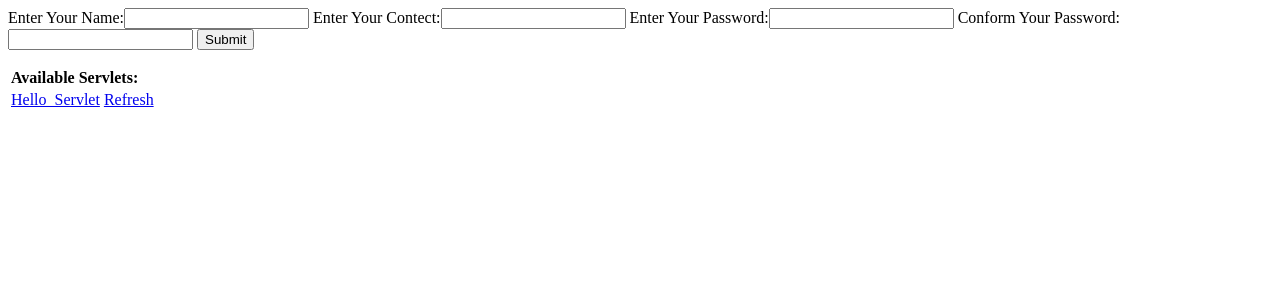
Repository: 123umakant/Home
Page: Demo/Hello_Servlet/war/index.html
An editor plug-in stored every save of this project. The page is shown before and after the next save, followed by the edit.
The browser window is 1280 px wide. The pictures show the whole page.

Above is the page before, as saved 2018-11-29 12:48:03.

After the next save:
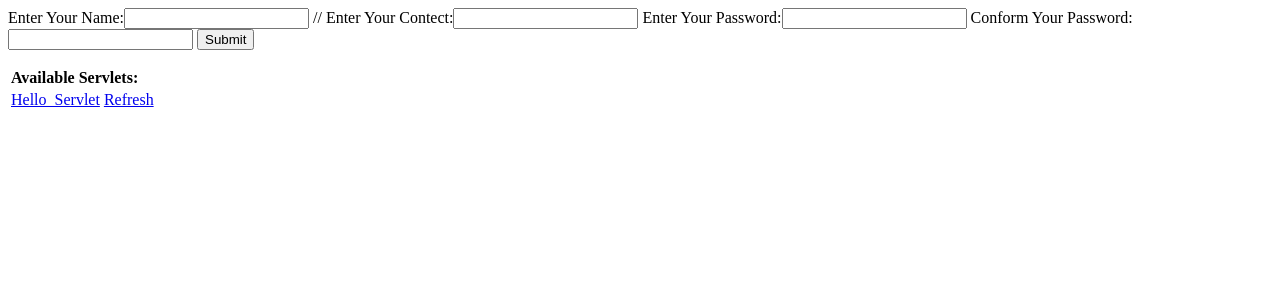
Saved 75 s later.
--- a/Demo/Hello_Servlet/war/index.html
+++ b/Demo/Hello_Servlet/war/index.html
@@ -16,7 +16,7 @@
     <form action="Login" method="post">
 
     Enter Your Name:<input type="text" name="Name">
-    Enter Your Contect:<input type="text" name="Contect">
+   // Enter Your Contect:<input type="text" name="Contect">
     Enter Your Password:<input type="text" name="Password">
      Conform Your Password:<input type="text" name="ConPossword">
     <input type="submit" value="Submit">

After the 2 saves that followed:
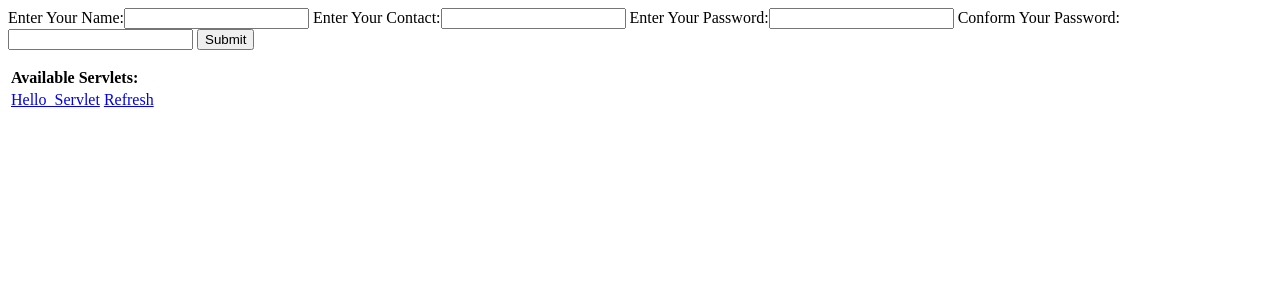
The 2 saves are shown as one change because 1 left the picture as it was.
The last was saved 7 min 31 s later.
--- a/Demo/Hello_Servlet/war/index.html
+++ b/Demo/Hello_Servlet/war/index.html
@@ -16,7 +16,7 @@
     <form action="Login" method="post">
 
     Enter Your Name:<input type="text" name="Name">
-   // Enter Your Contect:<input type="text" name="Contect">
+    Enter Your Contact:<input type="text" name="Contact">
     Enter Your Password:<input type="text" name="Password">
      Conform Your Password:<input type="text" name="ConPossword">
     <input type="submit" value="Submit">
